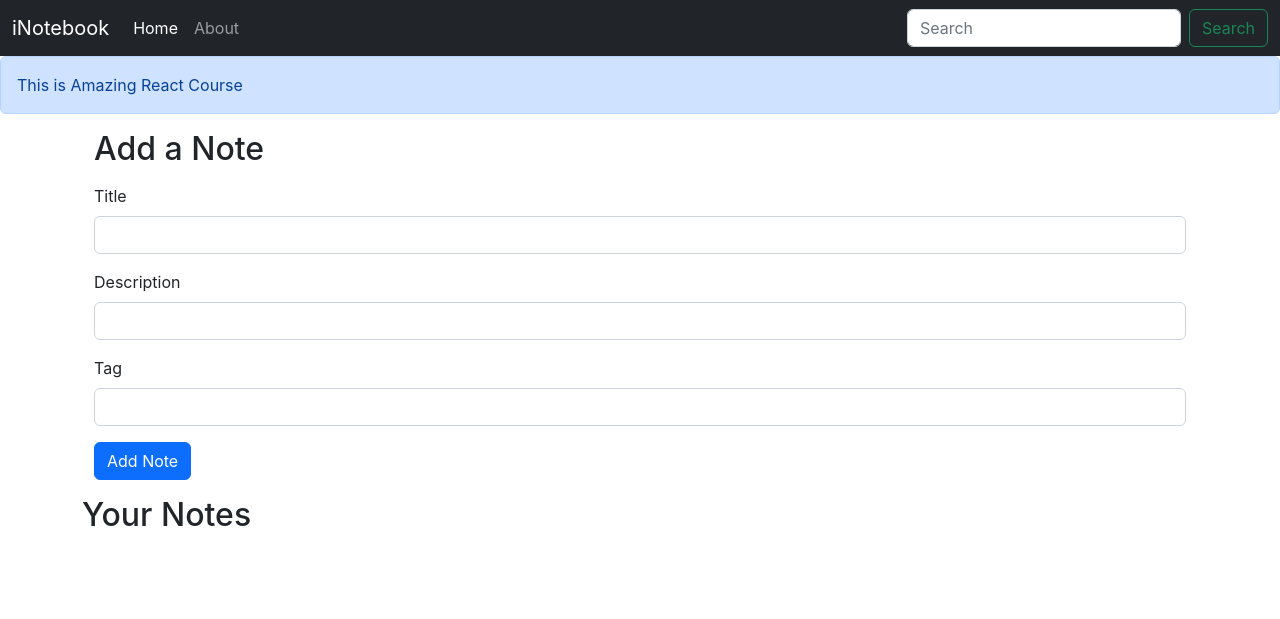
Repository: SatishPatil108/iNotebook-React
Page: /
The author's editor kept a copy of each file at every save. The page is drawn from the files as they stood at one save, then again after the next save.
The browser window is 1280 px wide. The pictures show the whole page.
The page's requests for data from a server got no answer. Some web libraries are served in a nearby version. The project was rebuilt for these pictures with package versions that can differ from the ones it lists, and the page was loaded fresh each time. No one was signed in, and anything a server would have sent is missing. Also part of the build but not shown: src/App.css, src/components/Noteitem.js, src/components/About.js.

Above is the page before, as saved 2022-07-28 18:13:28.

### public/index.html
<!DOCTYPE html>
<html lang="en">

<head>
  <meta charset="utf-8" />
  <link rel="icon" href="%PUBLIC_URL%/favicon.ico" />
  <meta name="viewport" content="width=device-width, initial-scale=1" />
  <meta name="theme-color" content="#000000" />
  <meta name="description" content="Web site created using create-react-app" />
  <link rel="apple-touch-icon" href="%PUBLIC_URL%/logo192.png" />

  <link rel="manifest" href="%PUBLIC_URL%/manifest.json" />
  <link href="https://cdn.jsdelivr.net/npm/bootstrap@5.2.0/dist/css/bootstrap.min.css" rel="stylesheet"
    integrity="sha384-gH2yIJqKdNHPEq0n4Mqa/HGKIhSkIHeL5AyhkYV8i59U5AR6csBvApHHNl/vI1Bx" crossorigin="anonymous">

  <title>iNotebook - Your Notes Secured in the Cloud</title>
</head>

<body>
  <noscript>You need to enable JavaScript to run this app.</noscript>
  <div id="root"></div>
  <script src="https://kit.fontawesome.com/e892c3092d.js" crossorigin="anonymous"></script>
  <script src="https://cdn.jsdelivr.net/npm/@popperjs/core@2.11.5/dist/umd/popper.min.js"
    integrity="sha384-Xe+8cL9oJa6tN/veChSP7q+mnSPaj5Bcu9mPX5F5xIGE0DVittaqT5lorf0EI7Vk"
    crossorigin="anonymous"></script>
  <script src="https://cdn.jsdelivr.net/npm/bootstrap@5.2.0/dist/js/bootstrap.min.js"
    integrity="sha384-ODmDIVzN+pFdexxHEHFBQH3/9/vQ9uori45z4JjnFsRydbmQbmL5t1tQ0culUzyK"
    crossorigin="anonymous"></script>

</body>

</html>

### src/App.js
import './App.css';
import {
  BrowserRouter as Router,
  Routes,
  Route
} from "react-router-dom";
import Navbar from './components/Navbar';
import Home from './components/Home';
import About from './components/About';
import NoteState from './context/notes/NoteState';
import { Alert } from './components/Alert';

function App() {
  return (
    <>
      <NoteState>
        <Router>
          <Navbar />
          <Alert message="This is Amazing React Course" />
          <div className="container">
            <Routes>
              <Route exact path="/" element={<Home />}></Route>
              <Route exact path="/about" element={<About />}></Route>
            </Routes>
          </div>
        </Router>
      </NoteState>
    </>
  );
}

export default App;

### src/components/Navbar.js
import React from 'react'
import { Link, useLocation } from "react-router-dom";

const Navbar = () => {

    let location = useLocation();

    return (
        <div>
            <nav className="navbar navbar-expand-lg navbar-dark  bg-dark">
                <div className="container-fluid">
                    <Link className="navbar-brand" to="/">iNotebook</Link>
                    <button className="navbar-toggler" type="button" data-bs-toggle="collapse" data-bs-target="#navbarSupportedContent" aria-controls="navbarSupportedContent" aria-expanded="false" aria-label="Toggle navigation">
                        <span className="navbar-toggler-icon"></span>
                    </button>
                    <div className="collapse navbar-collapse" id="navbarSupportedContent">
                        <ul className="navbar-nav me-auto mb-2 mb-lg-0">
                            <li className="nav-item">
                                <Link className={`nav-link ${location.pathname === "/" ? "active" : ""}`} aria-current="page" to="/">Home</Link>
                            </li>
                            <li className="nav-item">
                                <Link className={`nav-link ${location.pathname === "/about" ? "active" : ""}`} to="/about">About</Link>
                            </li>
                        </ul>
                        <form className="d-flex" role="search">
                            <input className="form-control me-2" type="search" placeholder="Search" aria-label="Search" />
                            <button className="btn btn-outline-success" type="submit">Search</button>
                        </form>
                    </div>
                </div>
            </nav>
        </div>
    )
}

export default Navbar

### src/components/Home.js
import Notes from './Notes';

const Home = () => {
    return (
        <div>
            <Notes />
        </div>
    )
}

export default Home

### src/context/notes/NoteState.js
import NoteContext from "./noteContext";
import { useState } from "react";

const NoteState = (props) => {
    const host = "http://localhost:5000";
    const notesInitial = []

    const [notes, setNotes] = useState(notesInitial)

    // Get All Notes
    const getNotes = async () => {
        // API  Call
        const response = await fetch(`${host}/api/notes/fetchallnotes`, {
            method: 'GET',
            headers: {
                'Accept': 'application/json',
                'Content-Type': 'application/json',
                "auth-token": "eyJhbGciOiJIUzI1NiIsInR5cCI6IkpXVCJ9.eyJ1c2VyIjp7ImlkIjoiNjJkYTM1NDdlNWM1ODE5OTQ0MDJhNDI0In0sImlhdCI6MTY1ODQ3MDg1Nn0.W1eGNrZ7Yg9gfobUoEM5HJCjRkO2B-m3WV_j7U6Bc_g",
            },
        });

        const json = await response.json();
        console.log(json);
        setNotes(json);
    }

    // Add a Note
    const addNote = async (title, description, tag) => {
        // API Call
        const response = await fetch(`${host}/api/notes/addnote`, {
            method: 'POST',
            headers: {
                'Accept': 'application/json',
                'Content-Type': 'application/json',
                "auth-token": "eyJhbGciOiJIUzI1NiIsInR5cCI6IkpXVCJ9.eyJ1c2VyIjp7ImlkIjoiNjJkYTM1NDdlNWM1ODE5OTQ0MDJhNDI0In0sImlhdCI6MTY1ODQ3MDg1Nn0.W1eGNrZ7Yg9gfobUoEM5HJCjRkO2B-m3WV_j7U6Bc_g",
            },
            body: JSON.stringify({ title, description, tag })
        });
        const note = {
            "_id": "62da4a93624101fbcba2f70b",
            "user": "62da3547e5c581994402a424",
            "title": title,
            "description": description,
            "tag": tag,
            "date": "2022-07-22T06:58:27.100Z",
            "__v": 0
        }
        setNotes(notes.concat(note));
    }

    // Delete a Note
    const deleteNote = async (id) => {
        // API Call
        const response = await fetch(`${host}/api/notes/deletenote/${id}`, {
            method: 'DELETE',
            headers: {
                'Accept': 'application/json',
                'Content-Type': 'application/json',
                "auth-token": "eyJhbGciOiJIUzI1NiIsInR5cCI6IkpXVCJ9.eyJ1c2VyIjp7ImlkIjoiNjJkYTM1NDdlNWM1ODE5OTQ0MDJhNDI0In0sImlhdCI6MTY1ODQ3MDg1Nn0.W1eGNrZ7Yg9gfobUoEM5HJCjRkO2B-m3WV_j7U6Bc_g"
            }
        });
        const json = await response.json();
        console.log(json);

        console.log("Deleting a note with id" + id);
        const newNotes = notes.filter((note) => { return note._id !== id })
        setNotes(newNotes);
    }
    //  Edit a Note
    const editNote = async (id, title, description, tag) => {
        // API  Call
        const response = await fetch(`${host}/api/notes/updatenote/${id}`, {
            method: 'POST',
            headers: {
                'Accept': 'application/json',
                'Content-Type': 'application/json',
                "auth-token": "eyJhbGciOiJIUzI1NiIsInR5cCI6IkpXVCJ9.eyJ1c2VyIjp7ImlkIjoiNjJkYTM1NDdlNWM1ODE5OTQ0MDJhNDI0In0sImlhdCI6MTY1ODQ3MDg1Nn0.W1eGNrZ7Yg9gfobUoEM5HJCjRkO2B-m3WV_j7U6Bc_g"
            },
            body: JSON.stringify({ title, description, tag })
        });
        const json = response.json();


        // Logic to edit in Client
        for (let index = 0; index < notes.length; index++) {
            const element = notes[index];
            if (element._id === id) {
                element.title = title;
                element.description = description;
                element.tag = tag;
            }
        }
    }


    return (
        <NoteContext.Provider value={{ notes, addNote, deleteNote, editNote, getNotes }}>
            {props.children}
        </NoteContext.Provider>
    )
}

export default NoteState;

### src/components/Alert.js
import React from 'react'

export const Alert = (props) => {
    return (
        <div className="alert alert-primary" role="alert">
            {props.message}
        </div>
    )
}

### src/components/Notes.js
import React, { useContext, useEffect } from 'react'
import noteContext from '../context/notes/noteContext';
import AddNote from './AddNote';
import Noteitem from './Noteitem';

const Notes = () => {
    const context = useContext(noteContext);
    const { notes, getNotes } = context;
    useEffect(() => {
        return () => {
            getNotes()
        }
        // eslint-disable-next-line
    }, [])

    return (
        <>
            <AddNote />
            <div className="row my-3">
                <h2>Your Notes</h2>
                {notes?.map((note) => {
                    return <Noteitem key={note._id} note={note} />
                })}
            </div>
        </>
    )
}

export default Notes

### src/components/AddNote.js
import React, { useContext, useState } from 'react'
import noteContext from '../context/notes/noteContext';


const AddNote = () => {
    const context = useContext(noteContext);
    const { addNote } = context;

    const [note, setNote] = useState({ title: "", description: "", tag: "default" });

    const onChange = (e) => {
        setNote({ ...note, [e.target.name]: e.target.value });
    }
    const handleClick = (e) => {
        e.preventDefault();
        addNote(note.title, note.description, note.tag);
    }
    return (
        <div>
            <div className="container my-3">
                <h2>Add a Note</h2>
                <form className="my-3">
                    <div className="mb-3">
                        <label htmlFor="title" className="form-label">Title</label>
                        <input type="text" className="form-control" id="title" name="title" aria-describedby="emailHelp" onChange={onChange} />
                    </div>
                    <div className="mb-3">
                        <label htmlFor="description" className="form-label">Description</label>
                        <input type="text" className="form-control" id="description" name="description" onChange={onChange} />
                    </div>
                    <div className="mb-3">
                        <label htmlFor="tag" className="form-label">Tag</label>
                        <input type="text" className="form-control" id="tag" name="tag" onChange={onChange} />
                    </div>

                    <button type="submit" className="btn btn-primary" onClick={handleClick}>Add Note</button>
                </form>
            </div>
        </div>
    )
}

export default AddNote

Loaded but not shown: src/index.js (common file); src/index.css (common file); src/context/notes/noteContext.js (common file)

After the next save:
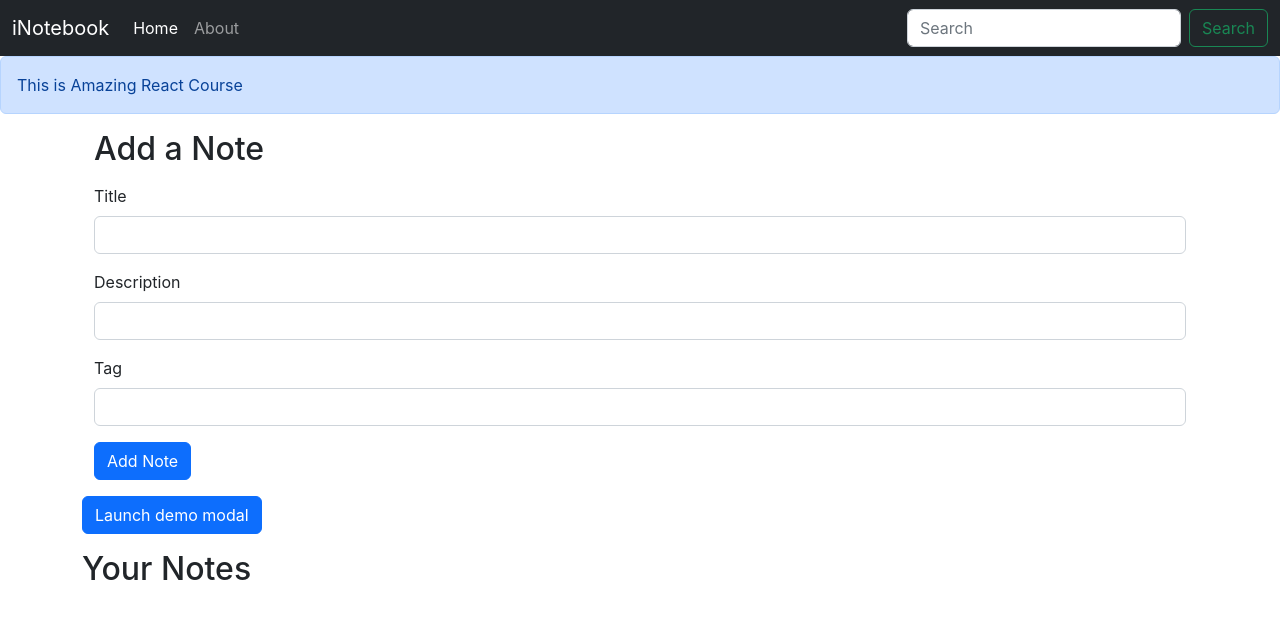
Saved 6 s later.
--- a/src/components/Notes.js
+++ b/src/components/Notes.js
@@ -1,4 +1,5 @@
-import React, { useContext, useEffect } from 'react'
+import React, { useContext, useEffect, useRef } from 'react'
+import { useResolvedPath } from 'react-router-dom';
 import noteContext from '../context/notes/noteContext';
 import AddNote from './AddNote';
 import Noteitem from './Noteitem';
@@ -13,13 +14,41 @@ const Notes = () => {
         // eslint-disable-next-line
     }, [])
 
+    const ref = useRef(null);
+    const updateNote = (note) => {
+        ref.toggle();
+    }
+
     return (
         <>
             <AddNote />
+            <button ref={ref} type="button" class="btn btn-primary" data-toggle="modal" data-target="#exampleModal">
+                Launch demo modal
+            </button>
+
+            <div class="modal fade" id="exampleModal" tabindex="-1" role="dialog" aria-labelledby="exampleModalLabel" aria-hidden="true">
+                <div class="modal-dialog" role="document">
+                    <div class="modal-content">
+                        <div class="modal-header">
+                            <h5 class="modal-title" id="exampleModalLabel">Edit Note</h5>
+                            <button type="button" class="close" data-dismiss="modal" aria-label="Close">
+                                <span aria-hidden="true">&times;</span>
+                            </button>
+                        </div>
+                        <div class="modal-body">
+                            ...
+                        </div>
+                        <div class="modal-footer">
+                            <button type="button" class="btn btn-secondary" data-dismiss="modal">Close</button>
+                            <button type="button" class="btn btn-primary">Save changes</button>
+                        </div>
+                    </div>
+                </div>
+            </div>
             <div className="row my-3">
                 <h2>Your Notes</h2>
                 {notes?.map((note) => {
-                    return <Noteitem key={note._id} note={note} />
+                    return <Noteitem key={note._id} upadateNote={upadateNote} note={note} />
                 })}
             </div>
         </>
